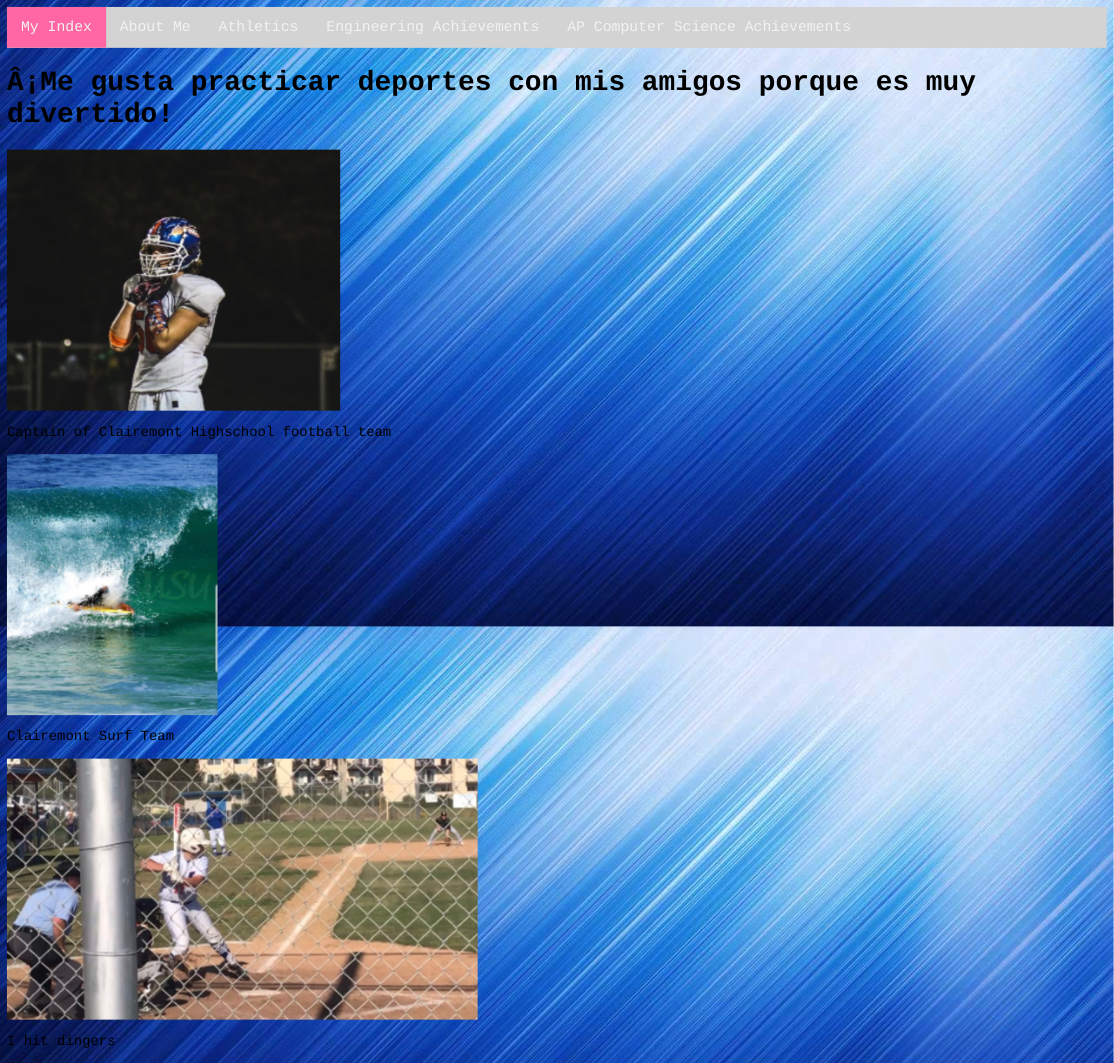
Repository: jacobsirois/jacobsirois.github.io
Page: athletics.html
The author's editor kept a record of every edit. The page is drawn from the files as they stood at one moment, then again after the next edit.
The browser window is 1280 px wide. The pictures show the whole page, at 87% of full size.
Backgrounds fixed to the window are drawn as part of the page.

Above is the page before.
Not found: index.css

After the next edit:
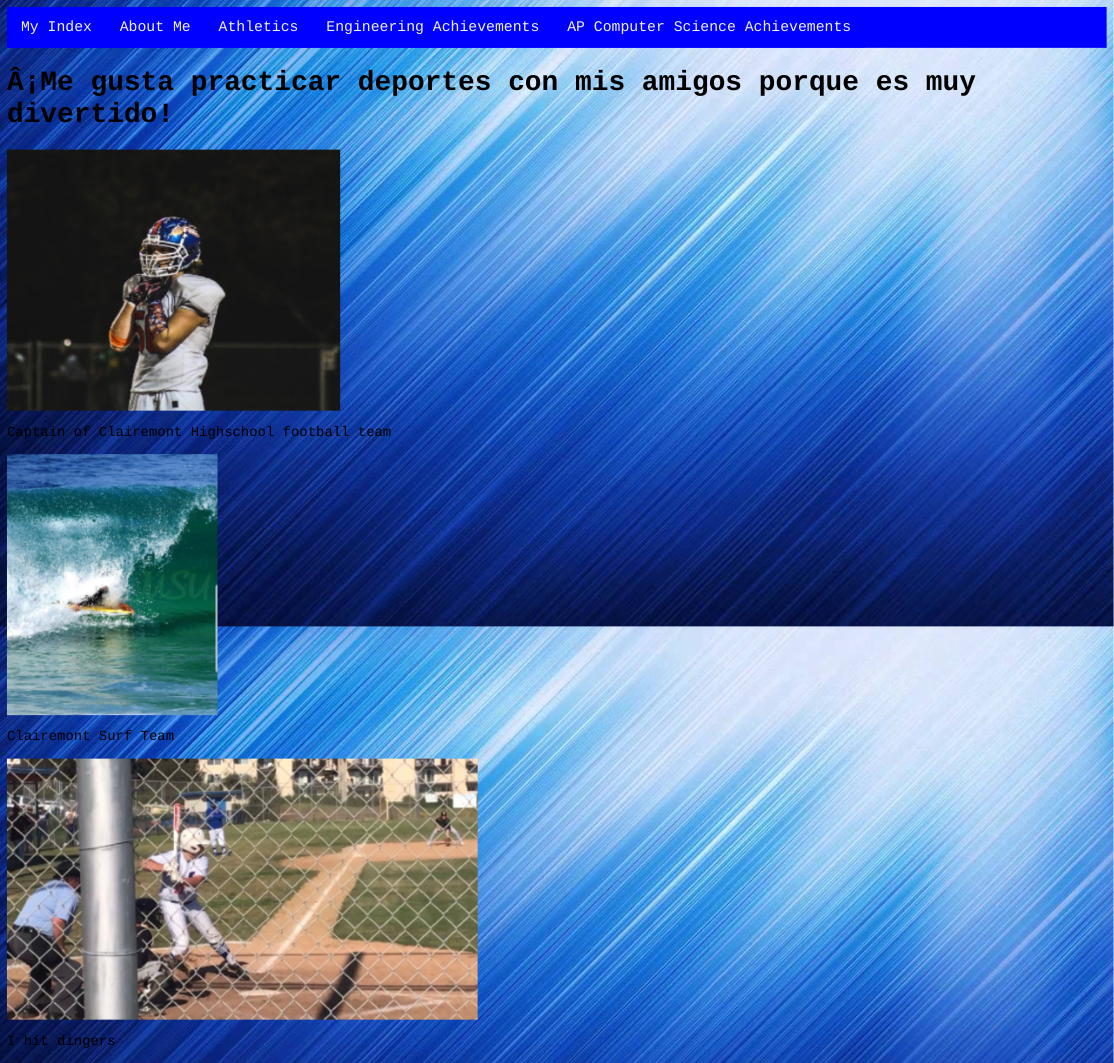
The edit:
--- a/athletics.html
+++ b/athletics.html
@@ -19,12 +19,13 @@
 
 .topnav {
   overflow: hidden;
-  background-color: lightgrey;
+  background-color: blue;
 }
 
 .topnav a {
   float: left;
   display: block;
+  background-color: blue;
   color: #f2f2f2;
   text-align: center;
   padding: 14px 16px;
